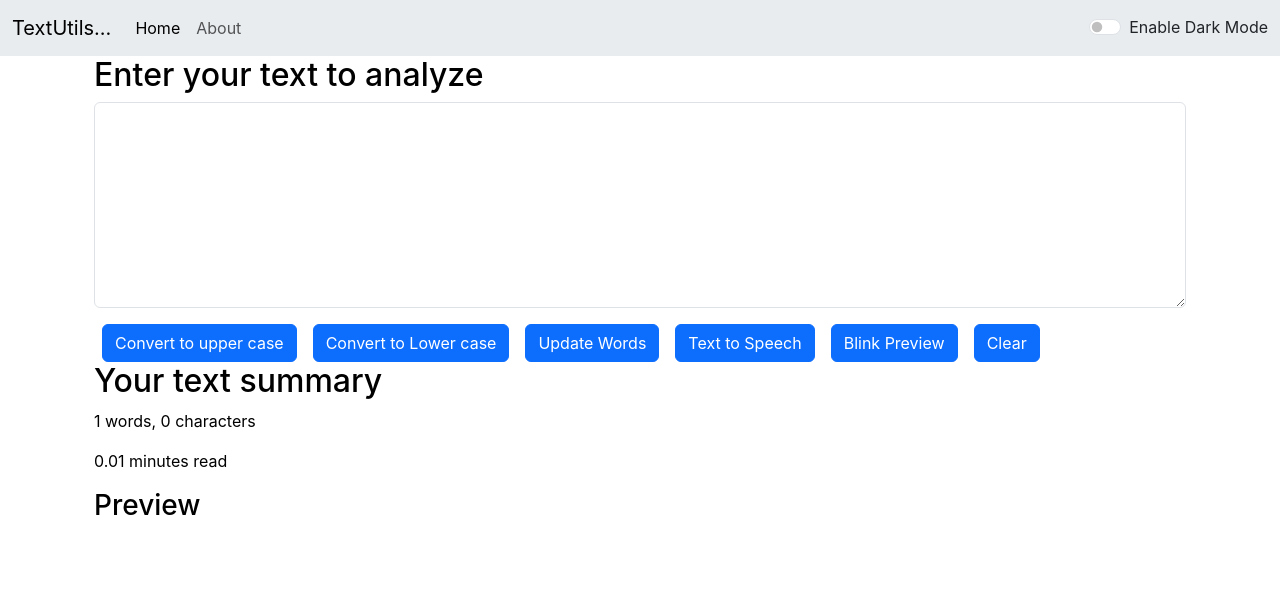
Repository: SujanNagaju/react-demo
Page: /
An editor plug-in stored every save of this project. The page is shown before and after the next save, followed by the edit.
The browser window is 1280 px wide. The pictures show the whole page.
The project was rebuilt for these pictures with package versions that can differ from the ones it lists, and the page was loaded fresh each time. Also part of the build but not shown: src/App.css.

Above is the page before, as saved 2024-12-29 17:06:56.

### public/index.html
<!DOCTYPE html>
<html lang="en">
  <head>
    <meta charset="utf-8" />
    <link rel="icon" href="%PUBLIC_URL%/favicon.ico" />
    <meta name="viewport" content="width=device-width, initial-scale=1" />
    <meta name="theme-color" content="#000000" />
    <meta
      name="description"
      content="Web site created using create-react-app"
    />
    <link rel="apple-touch-icon" href="%PUBLIC_URL%/logo192.png" />
    <!--
      manifest.json provides metadata used when your web app is installed on a
      user's mobile device or desktop. See https://developers.google.com/web/fundamentals/web-app-manifest/
    -->
    <link rel="manifest" href="%PUBLIC_URL%/manifest.json" />
    <!--
      Notice the use of %PUBLIC_URL% in the tags above.
      It will be replaced with the URL of the `public` folder during the build.
      Only files inside the `public` folder can be referenced from the HTML.

      Unlike "/favicon.ico" or "favicon.ico", "%PUBLIC_URL%/favicon.ico" will
      work correctly both with client-side routing and a non-root public URL.
      Learn how to configure a non-root public URL by running `npm run build`.
    -->
    <link href="https://cdn.jsdelivr.net/npm/bootstrap@5.3.3/dist/css/bootstrap.min.css" rel="stylesheet" integrity="sha384-QWTKZyjpPEjISv5WaRU9OFeRpok6YctnYmDr5pNlyT2bRjXh0JMhjY6hW+ALEwIH" crossorigin="anonymous">
    <title>React App</title>
  </head>
  <body>
    <noscript>You need to enable JavaScript to run this app.</noscript>
    <div id="root"></div>
    <!--
      This HTML file is a template.
      If you open it directly in the browser, you will see an empty page.

      You can add webfonts, meta tags, or analytics to this file.
      The build step will place the bundled scripts into the <body> tag.

      To begin the development, run `npm start` or `yarn start`.
      To create a production bundle, use `npm run build` or `yarn build`.
    -->
    <script src="https://cdn.jsdelivr.net/npm/bootstrap@5.3.3/dist/js/bootstrap.bundle.min.js" integrity="sha384-YvpcrYf0tY3lHB60NNkmXc5s9fDVZLESaAA55NDzOxhy9GkcIdslK1eN7N6jIeHz" crossorigin="anonymous"></script>

  </body>
</html>

### src/App.js
// logo from './logo.svg';
import './App.css';
// import About from './components/About';
import Navbar from './components/Navbar';
import TextForm from './components/TextForm';
import React, {useState} from 'react';

function App() {

  const [mode, setMode] = useState("light");
  const toggleMode = ()=> {
    if( mode === 'light' ) {
      setMode( 'dark' );
      document.body.style.backgroundColor = '#201e2e';
      // document.body.style.color = 'white';
    } else {
      setMode( 'light' );
      document.body.style.backgroundColor = 'white';
      // document.body.style.color = 'black';
    }
  }
  return (
    <>

      {/* <Navbar title="TextUtils..." aboutText="About"/> */}
      <Navbar title="TextUtils..." aboutText="About" mode={mode} toggleMode={toggleMode}/>
      <div className="container">
        <TextForm heading="Enter your text to analyze" mode={mode}/>
        {/* <About title="About us"/> */}
      </div>
    </>
  );
}

export default App;

### src/components/Navbar.js
import React from 'react'
import PropTypes from 'prop-types';


// export default function Navbar({title="TextUtils", aboutText="About"}) {
export default function Navbar(props) {
  return (
    <nav className={`navbar navbar-expand-lg bg-body-secondary bg-${props.mode}`}>
        <div className="container-fluid">
            <a className="navbar-brand" href="/">{props.title}</a>
            <button className="navbar-toggler" type="button" data-bs-toggle="collapse" data-bs-target="#navbarSupportedContent" aria-controls="navbarSupportedContent" aria-expanded="false" aria-label="Toggle navigation">
            <span className="navbar-toggler-icon"></span>
            </button>
            <div className="collapse navbar-collapse" id="navbarSupportedContent">
            <ul className="navbar-nav me-auto mb-2 mb-lg-0">
                <li className="nav-item">
                <a className="nav-link active" aria-current="page" href="/">Home</a>
                </li>
                <li className="nav-item">
                <a className="nav-link" href="/">{props.aboutText}</a>
                </li>

            </ul>
            {/* <form className="d-flex" role="search">
                <input className="form-control me-2" type="search" placeholder="Search" aria-label="Search"/>
                <button className="btn btn-outline-success" type="submit">Search</button>
            </form> */}
            <div className={`form-check form-switch text-${props.mode === 'light' ? 'dark' : 'light' }`}>
                <input className="form-check-input" onClick={props.toggleMode} type="checkbox" role="switch" id="flexSwitchCheckDefault"/>
                <label className="form-check-label" htmlFor="flexSwitchCheckDefault">Enable Dark Mode</label>
            </div>
            </div>
        </div>
    </nav>
  )
}


Navbar.propTypes = {
    title: PropTypes.string.isRequired,
    aboutText: PropTypes.string.isRequired
}

### src/components/TextForm.js
import React, {useState} from 'react';

export default function TextForm(props) {
  const handleUpClick = ()=> {
    // console.log( "Uppercase was clicked" );
    let newText = text.toUpperCase();
    setText( newText );
  }

  const handleLowerClick = ()=> {
    // console.log( "Uppercase was clicked" );
    let newText = text.toLowerCase();
    setText( newText );
  }

  const handleUpdateWordsClick = () => {
    // console.log("Uppercase was clicked");
    let newText = text.replace(/chamatkar/gi, "balatkar");
    setText(newText);
  };

  const handleClearClick = () => {
    // console.log("Uppercase was clicked");
    let newText = "";
    setText(newText);
  };

  const handleOnChange = (event)=> {
    // console.log( "handle text change" );
    setText(event.target.value);
  }

  const handleTextToSpeechClick =() =>{
    const Speech = new SpeechSynthesisUtterance();
    const message= document.getElementById("textBox").value;
    Speech.lang='eng';
    Speech.text= message;
    window.speechSynthesis.speak(Speech);
  }

  const handleBlinkPreviewClick =() =>{
    const element= document.getElementById("blinkPreview");
    let blinkCount = 0; // Counter for the number of blinks
    const maxBlinks = 5; // Total number of blinks (on + off = 1 blink)

    const interval = setInterval(() => {
      // Toggle visibility
      element.style.display = element.style.display === 'none' ? 'block' : 'none';
      element.style.color = 'red';

      // Increment blink count only when the element is hidden
      if (element.style.display === 'none') {
        blinkCount++;
      }

      // Stop blinking after the desired number of blinks
      if (blinkCount === maxBlinks) {
        clearInterval(interval);
        element.style.display = 'block'; // Ensure the element remains visible
        element.style.color = props.mode === 'light' ? 'black' : 'white';
      }
    }, 200); // Blink interval (500ms = half a second)
  }

  const [text, setText] = useState("");
  return (
    <>
      <div className="container" style={{color: props.mode === 'light' ? 'black' : 'white' }}>
        <h2>{props.heading}</h2>
          <div className="mb-3">
              <textarea className="form-control" id="textBox" onChange={handleOnChange} style={
                {
                  backgroundColor: props.mode === 'light' ? 'white' : '#201e2e',
                  color: props.mode === 'light' ? 'black' : 'white',
                  }
                }
                value={text}
                rows="8">
              </textarea>
          </div>
          <button className="btn btn-primary mx-2" onClick={handleUpClick}>Convert to upper case</button>
          <button className="btn btn-primary mx-2" onClick={handleLowerClick}>Convert to Lower case</button>
          <button className="btn btn-primary mx-2" onClick={handleUpdateWordsClick}>Update Words</button>
          <button className="btn btn-primary mx-2" onClick={handleTextToSpeechClick}>Text to Speech</button>
          <button className="btn btn-primary mx-2" onClick={handleBlinkPreviewClick}>Blink Preview</button>
          <button className="btn btn-primary mx-2" onClick={handleClearClick}>Clear</button>
      </div>

      <div className="container" style={{color: props.mode === 'light' ? 'black' : 'white' }}>
        <h2>Your text summary</h2>
        <p>{text.split(" ").length} words, {text.length} characters</p>
        <p>{(0.008 * text.split(" ").length).toFixed(2)} minutes read</p>
        <h3>Preview</h3>
        <p id="blinkPreview" style={{color: props.mode === 'light' ? 'black' : 'white'}}>{text}</p>
      </div>
    </>
  )
}

Loaded but not shown: src/index.js (common file); src/index.css (common file); src/reportWebVitals.js (common file)

After the next save:
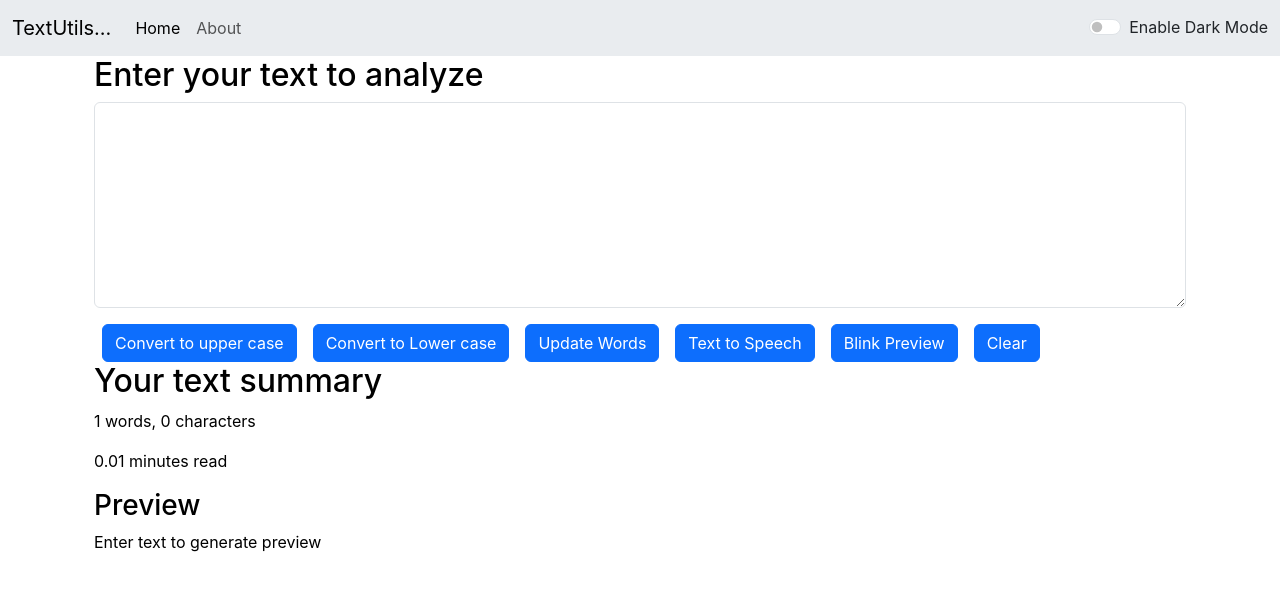
Saved 3 h 15 min later.
--- a/src/components/TextForm.js
+++ b/src/components/TextForm.js
@@ -91,7 +91,7 @@ export default function TextForm(props) {
         <p>{text.split(" ").length} words, {text.length} characters</p>
         <p>{(0.008 * text.split(" ").length).toFixed(2)} minutes read</p>
         <h3>Preview</h3>
-        <p id="blinkPreview" style={{color: props.mode === 'light' ? 'black' : 'white'}}>{text}</p>
+        <p id="blinkPreview" style={{color: props.mode === 'light' ? 'black' : 'white'}}>{text != '' ? text : 'Enter text to generate preview'}</p>
       </div>
     </>
   )
